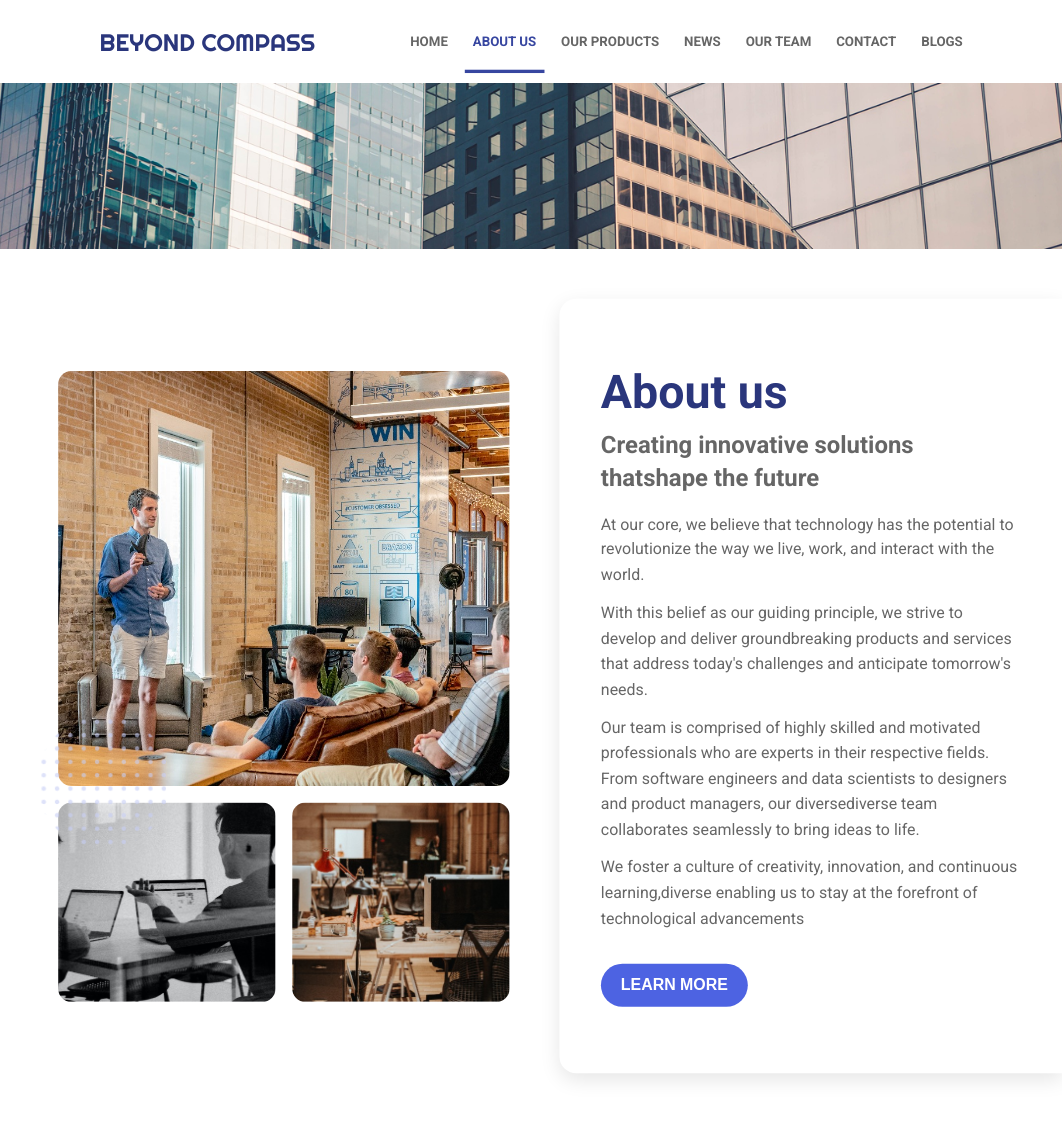
Repository: trunghau06/baitapRn
Page: pages/about.html
The author's editor kept a copy of each file at every save. The page is drawn from the files as they stood at one save, then again after a run of saves.
The browser window is 1280 px wide. The pictures show the whole page, at 83% of full size.

Above is the page before, as saved 2025-10-10 10:35:01.

After the next 2 saves:
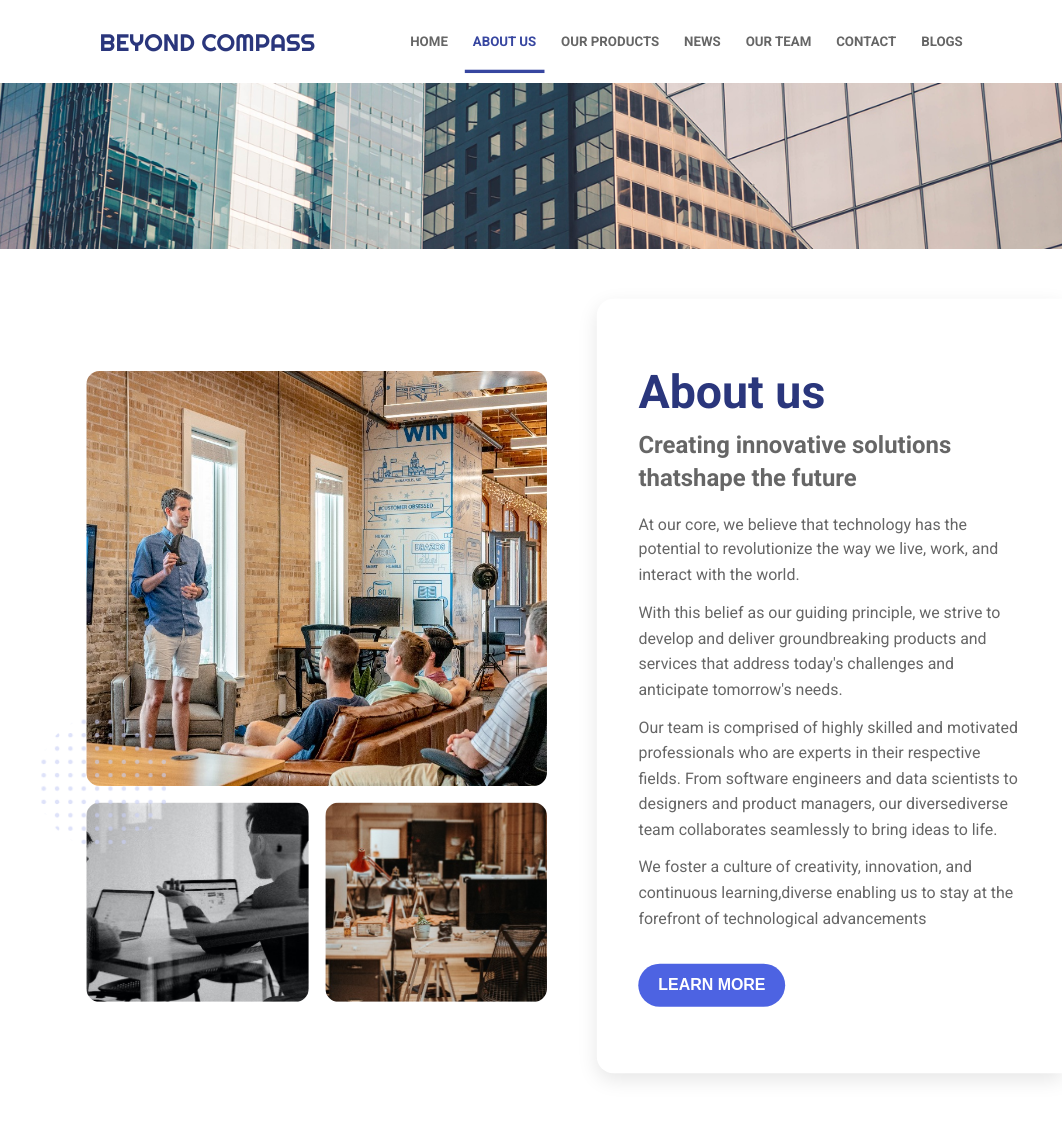
The 2 saves are shown as one change because they came seconds apart.
The last was saved 33 s later.
--- a/style/about.css
+++ b/style/about.css
@@ -91,7 +91,7 @@ nav ul li a.active::after {
     width: 100%;
     margin: 40px auto;
     background-color: #FFFFFF;
-    padding: 20px 0 20px 10px;
+    padding: 20px 0 20px 104px;
     gap: 60px;
     position: relative;
 }
@@ -116,7 +116,6 @@ nav ul li a.active::after {
     flex-direction: column;
     gap: 20px;
     overflow: hidden;
-    padding-left: 60px;
 }
 
 .image-large {
